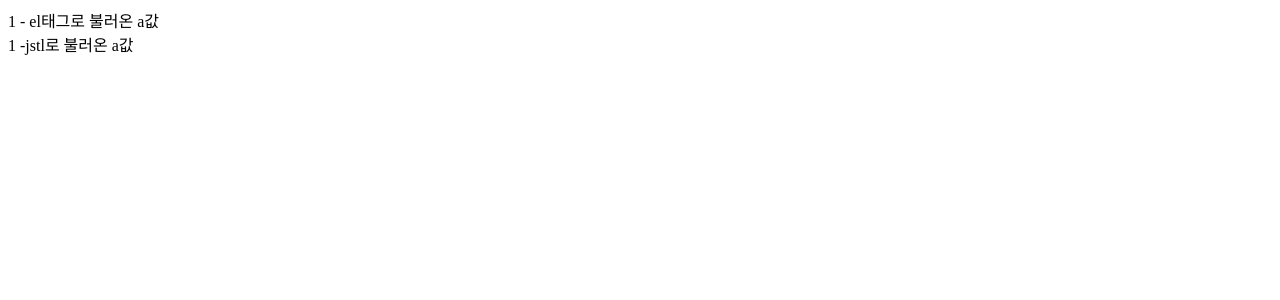
Repository: sun2898/JSP
Page: http://localhost/JSPBasic/JSTL/jstl_if.jsp
An editor plug-in stored every save of this project. The page is shown before and after the next save, followed by the edit.
The browser window is 1280 px wide. The pictures show the whole page.
The page is served by Tomcat 9. Other server files are loaded and not shown.

Above is the page before, as saved 2023-06-07 03:24:36.

### JSPBasic/src/main/webapp/JSTL/jstl_if.jsp
<%@ page language="java" contentType="text/html; charset=UTF-8"
    pageEncoding="UTF-8"%>
<%@ taglib uri="http://java.sun.com/jsp/jstl/core" prefix="c" %>
<!DOCTYPE html>
<html>
<head>
<meta charset="UTF-8">
<title>Insert title here</title>
</head>
<body>

	<!-- 변수선언 -->
	<!-- 혼자 사용하는 태그는 반드시 />로 마감을 한다. -->
	<c:set var="a" value="1"/>

	<!-- jstl로 선언된 변수는 EL참조가 된다. -->
	${a } - el태그로 불러온 a값 <br>
	<c:out value="${a }"/> -jstl로 불러온 a값




</body>
</html>

After the next save:
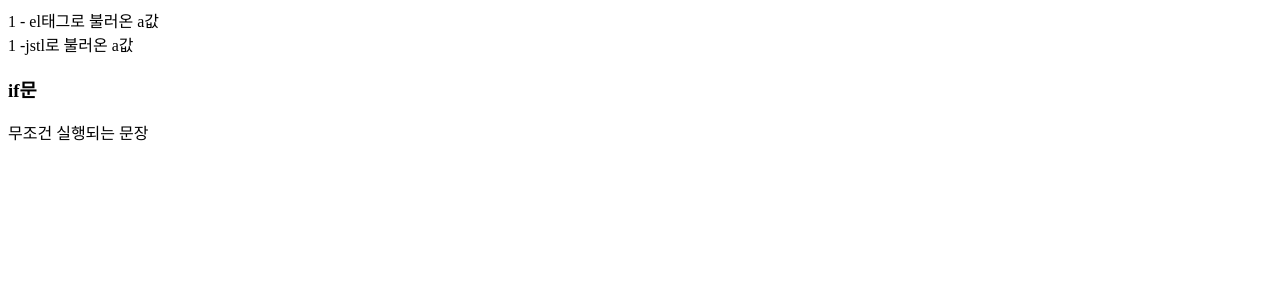
Saved 99 s later.
--- a/JSPBasic/src/main/webapp/JSTL/jstl_if.jsp
+++ b/JSPBasic/src/main/webapp/JSTL/jstl_if.jsp
@@ -17,6 +17,22 @@
 	${a } - el태그로 불러온 a값 <br>
 	<c:out value="${a }"/> -jstl로 불러온 a값
 
+	<h3>if문</h3>
+
+	<%--
+	<% if(true) { %>
+	<% } %>
+	--%>
+
+	<c:if test="true">
+		무조건 실행되는 문장<br/>
+	</c:if>
+
+
+
+
+
+
 
 
 
